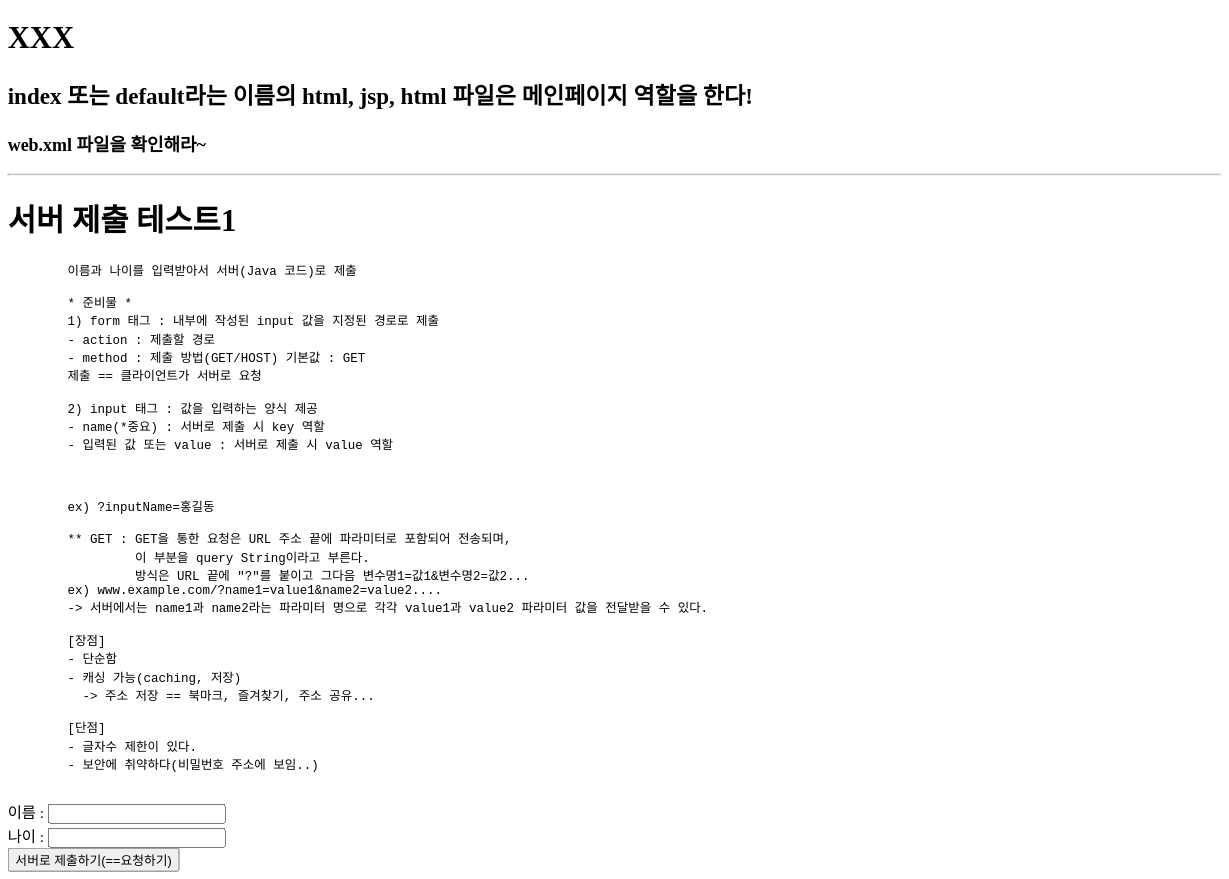
Repository: peb7544/05_Server
Page: ServletProject/src/main/webapp/index.html
These files come from the project's save history. The page is drawn as it stood at one moment and after the next save; the edit follows.
The browser window is 1280 px wide. The pictures show the whole page, at 96% of full size.

Above is the page before, as saved 2024-03-21 05:13:44.

After the next save:
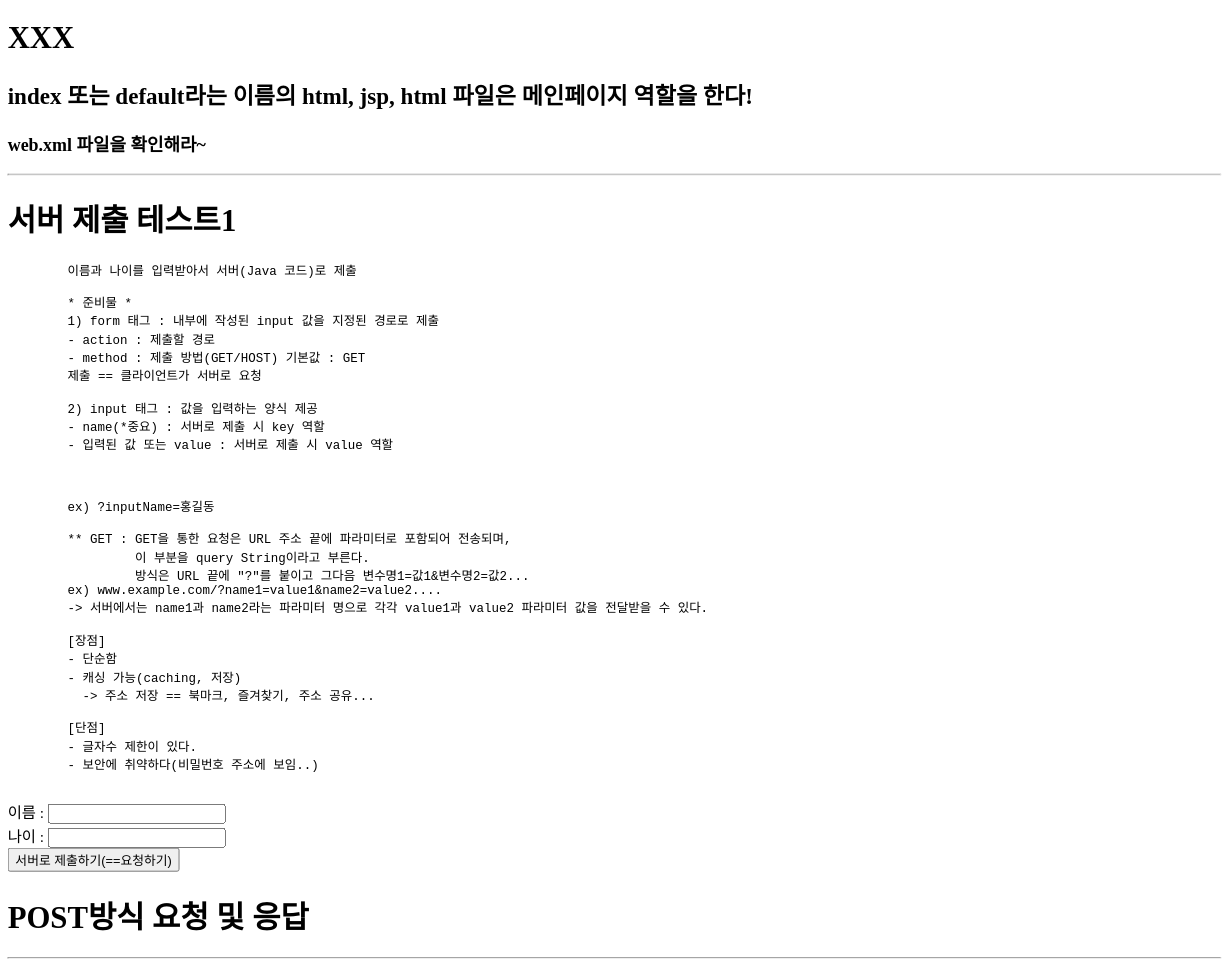
Saved 3 min 46 s later.
--- a/ServletProject/src/main/webapp/index.html
+++ b/ServletProject/src/main/webapp/index.html
@@ -54,5 +54,11 @@
         <br>
         <button>서버로 제출하기(==요청하기)</button>
     </form>
+
+    <h1>POST방식 요청 및 응답</h1>
+
+    <hr>
+
+
 </body>
 </html>
